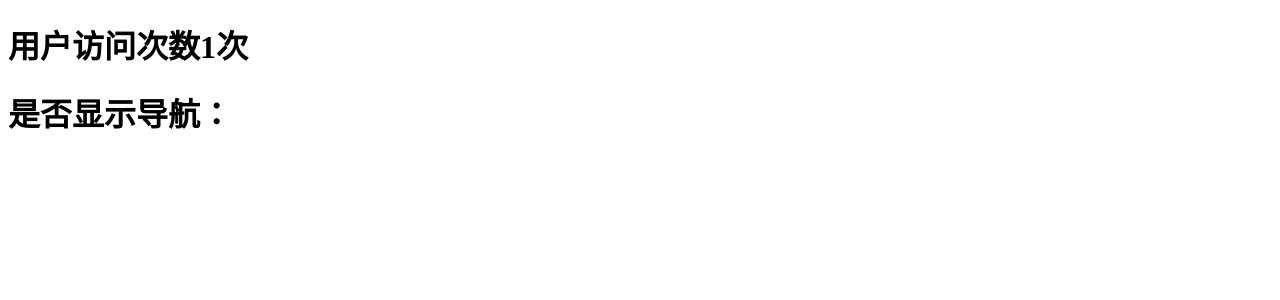
Repository: cbtpro/multi-localforage-demo
Page: /
The author's editor kept a copy of each file at every save. The page is drawn from the files as they stood at one save, then again after the next save.
The browser window is 1280 px wide. The pictures show the whole page.
The project was rebuilt for these pictures with package versions that can differ from the ones it lists, and the page was loaded fresh each time. Also part of the build but not shown: vite.config.js.

Above is the page before, as saved 2024-09-10 23:12:36.

### src/App.vue
<script setup lang="ts">
import { onMounted, ref } from "vue";
import useLocalForage from "./use-local-forage";
import { USER_VISITOR_COUNT, SHOW_NAVIGATOR_BOOL } from "./storage-constants";
import Demo from './Demo.vue';

const localForageInstance = useLocalForage({
  name: "test",
  storeName: 'storeName'
});

const visitorCount = ref(0);

const loadStorage = async () => {
  try {
    const data = await localForageInstance.getItem<number>(USER_VISITOR_COUNT);
    visitorCount.value = data || 1;
  } catch (error) {
    console.error(error);
  } finally {
    recordVisitorCount();
  }
};
const recordVisitorCount = () => {
  localForageInstance.setItem(USER_VISITOR_COUNT, visitorCount.value + 1);
};

onMounted(() => {
  loadStorage();
})
</script>

<template>
  <h1 v-show="visitorCount">用户访问次数{{ visitorCount }}次</h1>
  <Demo  />
</template>

### src/use-local-forage.ts
import localforage, { config, } from 'localforage';

export const useLocalforage = (options: LocalForageOptions ) => {

  // 配置 localForage
  localforage.config({
    ...config,
    ...options,
  });

  // 定义一个永不过期的标志
  const NEVER_EXPIRES_FLAG = -1;

  /**
   * 设置存储项
   * @param k 键名
   * @param v 值
   * @param expired 过期时间（分钟），默认永不过期
   * @returns Promise
   */
  const setItem = (k: string, v: any, expired: number = -1): Promise<void> => {
    const expiredKey = `${k}__expires__`;
    let exp = 0;

    if (expired === NEVER_EXPIRES_FLAG) {
      exp = NEVER_EXPIRES_FLAG;
    } else if (expired >= 0) {
      exp = Date.now() + 1000 * 60 * expired;
    }

    // 存储过期时间
    localforage.setItem(expiredKey, exp.toString()).catch((err) => {
      console.error('设置过期时间失败:', err);
    });

    // 存储实际数据
    return localforage.setItem(k, v);
  };

  /**
   * 获取存储项
   * @param k 键名
   * @returns Promise<T | null>
   */
  const getItem = async <T> (k: string) : Promise<T | null> => {
    const expiredKey = `${k}__expires__`;

    try {
      const expiredValue = await localforage.getItem<string | null>(expiredKey);

      if (expiredValue === null) {
        // 未设置过期时间，视为不存在
        return null;
      }

      const expiredTime = parseInt(expiredValue, 10);

      if (expiredTime === NEVER_EXPIRES_FLAG) {
        // 永不过期
        return localforage.getItem(k) as T;
      }

      if (expiredTime > Date.now()) {
        // 未过期，返回数据
        return localforage.getItem(k);
      } else {
        // 已过期，删除数据
        removeItem(k);
        removeItem(expiredKey);
        return null;
      }
    } catch (err) {
      console.error('获取数据失败:', err);
      return null;
    }
  };

  /**
   * 删除存储项
   * @param k 键名
   * @returns Promise
   */
  const removeItem = (k: string) => {
    const expiredKey = `${k}__expires__`;
    localforage.removeItem(expiredKey).catch((err) => {
      console.error('删除过期时间失败:', err);
    });
    return localforage.removeItem(k);
  };

  return {
    getItem,
    setItem,
  }
}

export default useLocalforage;

### src/storage-constants.ts
/** 用户访问次数 */
export const USER_VISITOR_COUNT = 'USER_VISITOR_COUNT';

/** 是否显示导航 */
export const SHOW_NAVIGATOR_BOOL = 'SHOW_NAVIGATOR_BOOL';

### src/Demo.vue
<template>
  <h1>是否显示导航：{{ showNavigator }}</h1>
</template>

<script setup lang="ts">
import { onMounted, ref } from 'vue';
import { SHOW_NAVIGATOR_BOOL } from './storage-constants';
import useLocalforage from './use-local-forage';

const useLocalForage = useLocalforage({
  name: 'test',
  storeName: 'storeName1'
});

const showNavigator = ref(false);

onMounted(async () => {
  showNavigator.value = await useLocalForage.getItem<boolean>(SHOW_NAVIGATOR_BOOL);
  useLocalForage.setItem(SHOW_NAVIGATOR_BOOL, false);
});
</script>

Loaded but not shown: index.html (common file); src/main.js (common file)

After the next save:
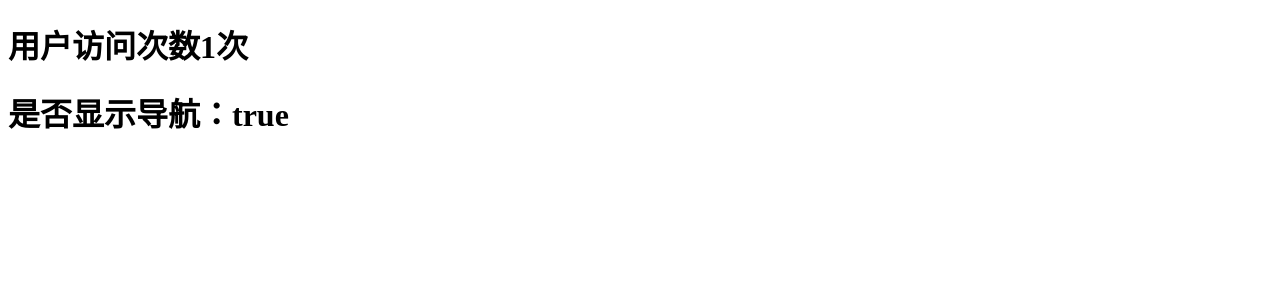
Saved 41 s later.
--- a/src/Demo.vue
+++ b/src/Demo.vue
@@ -15,7 +15,8 @@ const useLocalForage = useLocalforage({
 const showNavigator = ref(false);
 
 onMounted(async () => {
-  showNavigator.value = await useLocalForage.getItem<boolean>(SHOW_NAVIGATOR_BOOL);
+  const bool = await useLocalForage.getItem<boolean>(SHOW_NAVIGATOR_BOOL);
+    showNavigator.value = bool || true;
   useLocalForage.setItem(SHOW_NAVIGATOR_BOOL, false);
 });
 </script>
